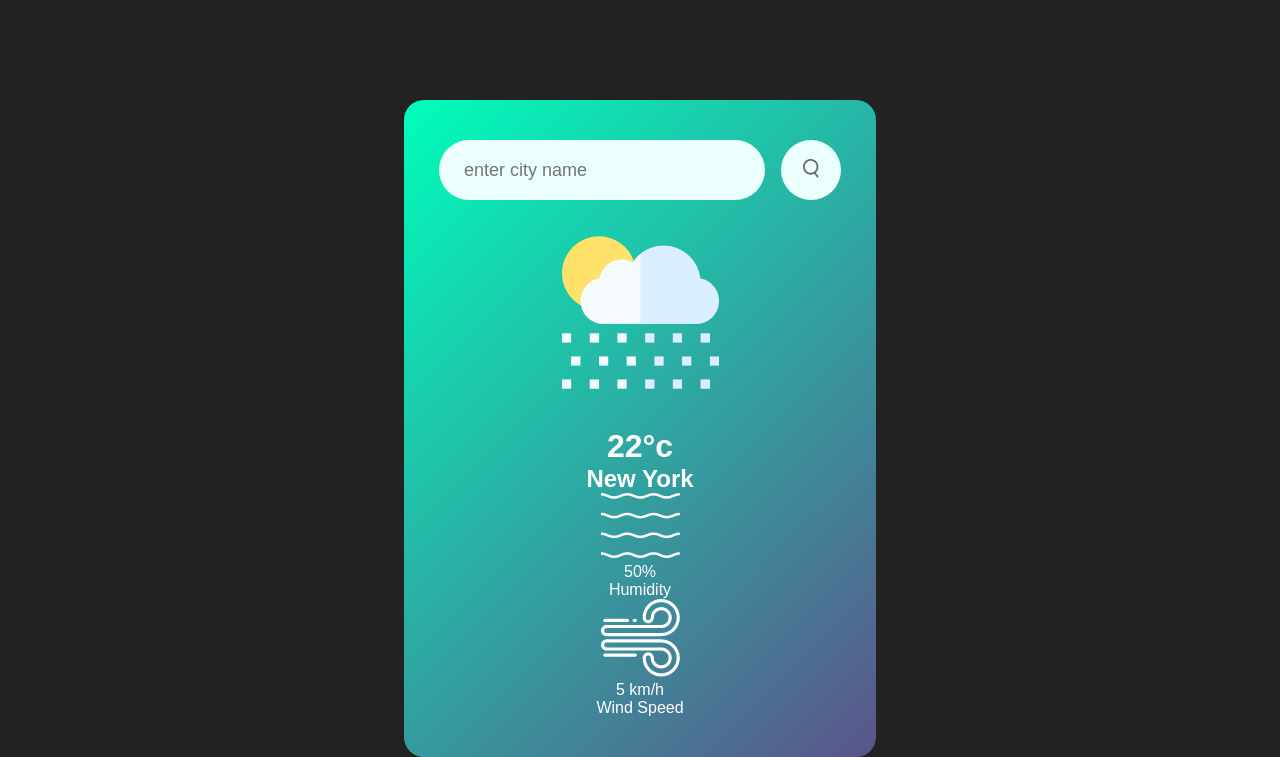
Repository: Rohit-foryou/Weather-app
Page: Weather App/Weather.html
The author's editor kept a copy of each file at every save. The page is drawn from the files as they stood at one save, then again after the next save.
The browser window is 1280 px wide. The pictures show the whole page.

Above is the page before, as saved 2023-12-13 14:31:41.

### Weather App/Weather.html
<!DOCTYPE html>
<html lang="en">
<head>
    <meta charset="UTF-8">
    <meta name="viewport" content="width=device-width, initial-scale=1.0">
    <link rel="stylesheet" href="Weather.css">
    <title>Weather</title>
</head>
<body>
    <div class="card">
        <div class="search">
            <input type="text" placeholder="enter city name" spellcheck="false">
            <button><img src="Weather(Images)/search.png" alt=""></button>
        </div>
        <div class="weather">
            <img src="Weather(Images)/rain.png" class="weather-icon">
            <h1>22°c</h1>
            <h2>New York</h2>
            <div class="details">
                <div class="col">
                    <img src="Weather(Images)/humidity.png">
                    <div>
                        <p class="humidity">50%</p>
                        <p>Humidity</p>
                    </div>
                </div>
                <div class="col">
                    <img src="Weather(Images)/wind.png">
                    <div>
                        <p class="wind">5 km/h</p>
                        <p>Wind Speed</p>
                    </div>
                </div>
            </div>
        </div>
    </div>
</body>
</html>

### Weather App/Weather.css
*{
    margin: 0;
    padding: 0;
    font-family: 'Poppins', sans-serif;
    box-sizing: border-box;
}

body{
    background: #222;
}

.card{
    width: 90%;
    max-width: 472px;
    background: linear-gradient(135deg, #00feba, #5b548a);
    color: #fff;
    margin: 100px auto 0;
    border-radius: 20px;
    padding: 40px 35px;
    text-align: center;
}

.search{
    width: 100%;
    display: flex;
    align-items: center;
    justify-content: space-between;
}

.search input{
    border: 0;
    outline: 0;
    background: #ebfffc;
    color: #555;
    padding: 10px 25px;
    height: 60px;
    border-radius: 30px;
    flex: 1;
    margin-right: 16px;
    font-size: 18px;
}

.search button{
    border: 0;
    outline: 0;
    background: #ebfffc;
    border-radius: 50%;
    width: 60px;
    height: 60px;
    cursor: pointer;
}

.search button img{
    width: 16px;
}

After the next save:
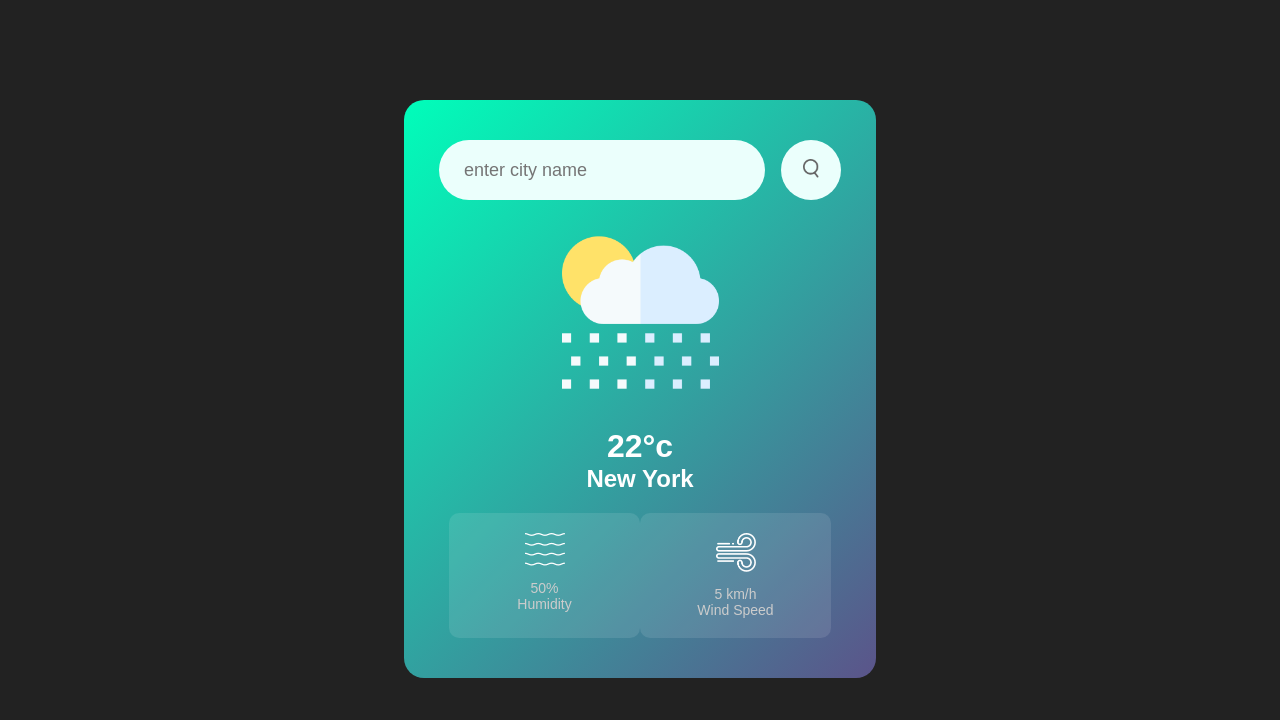
Saved 111 s later.
--- a/Weather App/Weather.css
+++ b/Weather App/Weather.css
@@ -53,3 +53,31 @@ body{
 .search button img{
     width: 16px;
 }
+
+.details {
+    display: flex;
+    justify-content: space-between;
+    margin-top: 20px; /* Adjust the margin as needed */
+
+    /* Optional: Add padding to the columns for better spacing */
+    padding: 0 10px;
+}
+
+.col {
+    flex: 1;
+    background: rgba(255, 255, 255, 0.1); /* Adjust the background color as needed */
+    border-radius: 10px;
+    padding: 20px;
+    box-sizing: border-box;
+}
+
+.col img {
+    width: 40px; /* Adjust the width of the icons as needed */
+    margin-bottom: 10px;
+}
+
+.col p {
+    margin: 0;
+    font-size: 14px; /* Adjust the font size as needed */
+    color: #ccc;
+}
